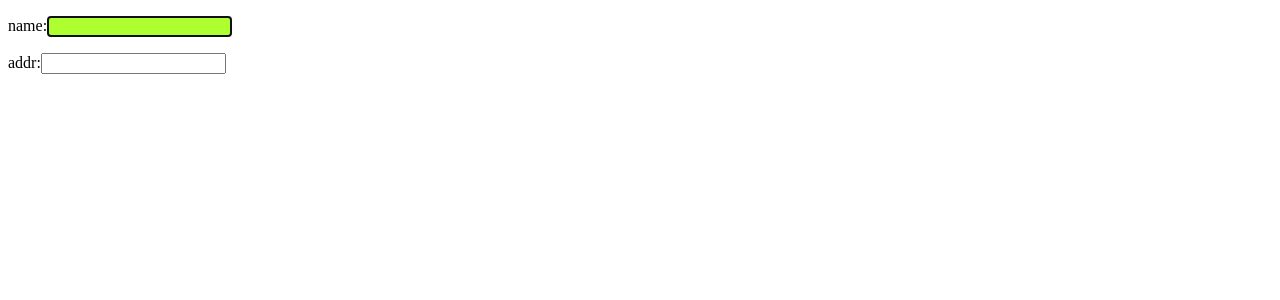
Repository: lixinso/html5
Page: workspace/CSS3/WebContent/selector/selector_brother.html
These files come from the project's save history. The page is drawn as it stood at one moment and after the next save; the edit follows.
The browser window is 1280 px wide. The pictures show the whole page.
The first visible `input[type="text"]` has the focus.

Above is the page before, as saved 2011-05-27 15:06:21.

After the next save:
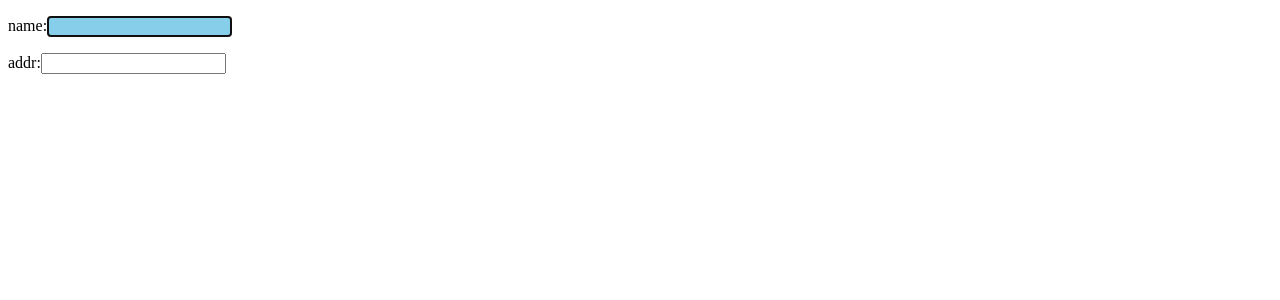
Saved 8 s later.
--- a/workspace/CSS3/WebContent/selector/selector_brother.html
+++ b/workspace/CSS3/WebContent/selector/selector_brother.html
@@ -12,7 +12,7 @@
 	}
 
 	input[type="text"]:focus{
-		background-color: greenyellow;
+		background-color: skyblue;
 	}
 
 
